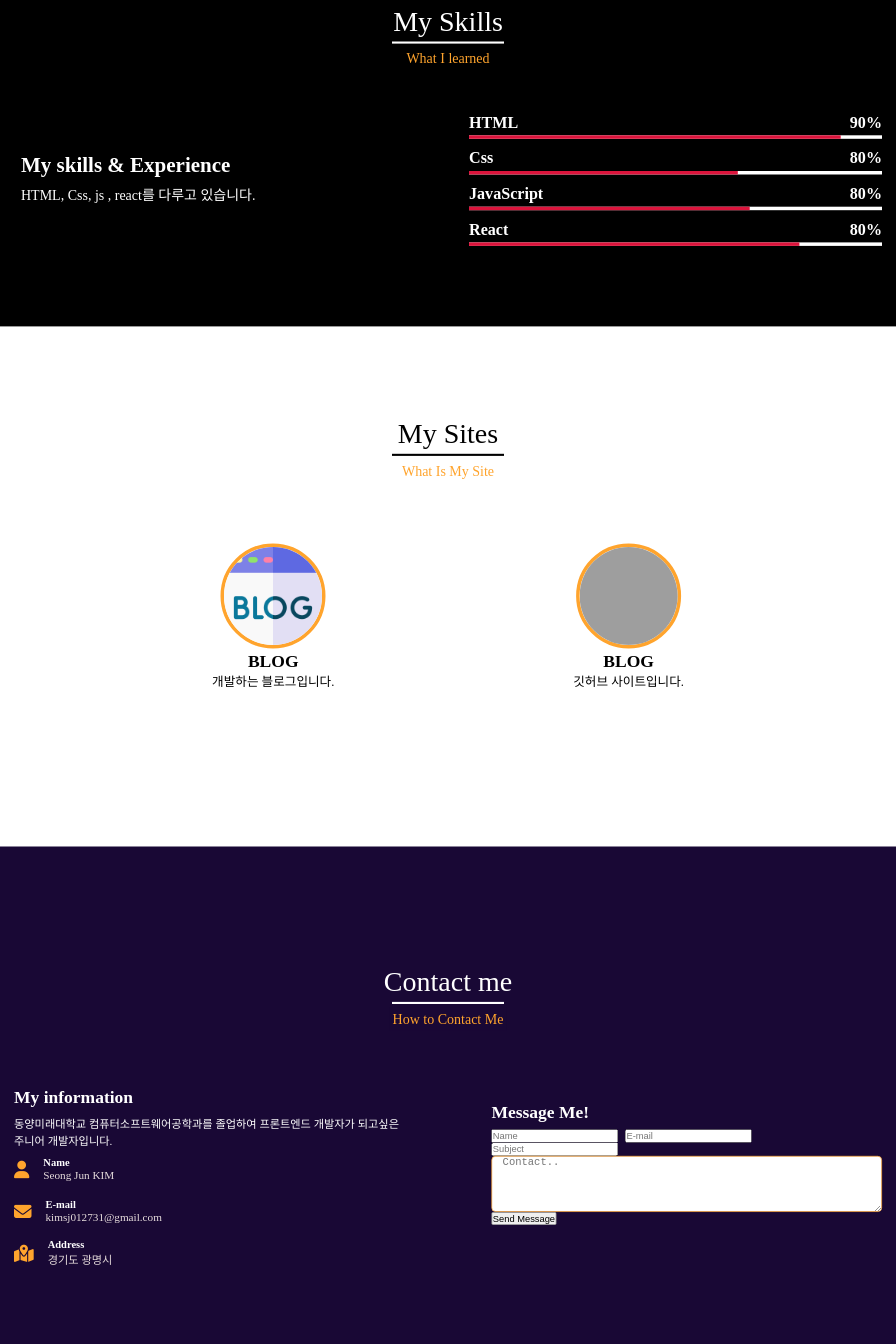
Repository: jun01270/jun
Page: index.html
These files come from the project's save history. The page is drawn as it stood at one moment and after the next save; the edit follows.
The browser window is 1280 px wide. The pictures show the part of the page from y = 1836 to 3756 px (the page is 3756 px tall), at 70% of full size.
Pictures or frames that could not be fetched are drawn as grey boxes. Some web libraries are served in a nearby version.

Above is the page before, as saved 2023-05-11 16:37:18.

### index.html
<!DOCTYPE html>
<html lang="en">
  <head>
    <meta charset="UTF-8" />
    <meta http-equiv="X-UA-Compatible" content="IE=edge" />
    <meta name="viewport" content="width=device-width, initial-scale=1.0" />
    <link rel="stylesheet" href="./css/style.css" />
    <link rel="stylesheet" href="./css/home.css" />
    <link rel="stylesheet" href="./css/about.css" />
    <link rel="stylesheet" href="./css/skills.css" />
    <link rel="stylesheet" href="./css/mysites.css" />
    <link rel="stylesheet" href="./css/contact.css" />

    <script
      src="https://kit.fontawesome.com/252eac6dbf.js"
      crossorigin="anonymous"
    ></script>
    <title>Jun's site</title>
  </head>
  <body>
    <nav class="navbar">
      <div class="max-width">
        <div class="logo">
          <a href="#home">Jun's <span>Site</span></a>
        </div>
        <ul class="menu-bar">
          <li><a href="#home" class="menu-btn" id="homeID">Home</a></li>
          <li><a href="#about" class="menu-btn" id="homeID">About</a></li>
          <li><a href="#skills" class="menu-btn">Skills</a></li>
          <li><a href="#my-sites" class="menu-btn">My Sties</a></li>
          <li><a href="#contact" class="menu-btn">Contact</a></li>
        </ul>
      </div>
    </nav>

    <!--home섹션-->
    <section class="home" id="home">
      <div class="max-width">
        <div class="home-section">
          <div class="text-1">Hello! My Name is</div>
          <div class="text-2">Seong Jun KIM</div>
          <div class="text-3">My skills <span class="typing1">HTML</span></div>
        </div>
      </div>
    </section>

    <!--about섹션-->
    <section class="about" id="about">
      <div class="max-width">
        <h2 class="title">About</h2>
        <div class="about-content">
          <div class="left-column"><img src="./img/profile.jpg" /></div>
          <div class="right-column">
            <div class="about-text">I'm Seong Jun KIM</div>
            <div class="about-skills">
              My skills <span class="typing2">HTML</span>
            </div>
            <p>
              안녕하세요 프론트엔드 개발자를 꿈꾸는 주니어 개발자 김성준입니다.
            </p>
          </div>
        </div>
      </div>
    </section>

    <!--skills섹션-->
    <section class="skills" id="skills">
      <div class="max-width">
        <h2 class="title">My Skills</h2>
        <div class="skills-content">
          <div class="left-column">
            <div class="skills-text">
              <div class="sub-title">My skills & Experience</div>
              <p>HTML, Css, js , react를 다루고 있습니다.</p>
            </div>
          </div>
          <div class="right-column">
            <div class="bars">
              <div class="bars-content">
                <span>HTML</span>
                <span>90%</span>
              </div>
              <div class="line html"></div>
            </div>
            <div class="bars">
              <div class="bars-content">
                <span>Css</span>
                <span>80%</span>
              </div>
              <div class="line css"></div>
            </div>
            <div class="bars">
              <div class="bars-content">
                <span>JavaScript</span>
                <span>80%</span>
              </div>
              <div class="line js"></div>
            </div>
            <div class="bars">
              <div class="bars-content">
                <span>React</span>
                <span>80%</span>
              </div>
              <div class="line react"></div>
            </div>
          </div>
        </div>
      </div>
    </section>

    <!--My sties섹션-->
    <section class="my-sites">
      <div class="max-width">
        <h2 class="title">My Sites</h2>
        <div class="my-sites-content">
          <div class="left-column">
            <a href="https://web-jun.tistory.com/" target="_blank">
              <div class="site">
                <div class="site-images">
                  <img src="/img/blog.jpg" alt="" />
                  <div class="site-text">BLOG</div>
                  <p>개발하는 블로그입니다.</p>
                </div>
              </div>
            </a>
          </div>
          <div class="right-column">
            <a href="https://github.com/jun01270" target="_blank">
              <div class="site">
                <div class="site-images">
                  <img src="/img/github.jpg" alt="" />
                  <div class="site-text">BLOG</div>
                  <p>깃허브 사이트입니다.</p>
                </div>
              </div>
            </a>
          </div>
        </div>
      </div>
    </section>

    <!--Contact 섹션-->
    <section class="contact">
      <div class="max-width">
        <h2 class="title">Contact me</h2>
        <div class="contact-content">
          <div class="left column">
            <div class="contact-text">My information</div>
            <p>
              동양미래대학교 컴퓨터소프트웨어공학과를 졸업하여 프론트엔드
              개발자가 되고싶은 주니어 개발자입니다.
            </p>
            <div class="icons-content">
              <i class="fas fa-user"></i>
              <div class="info">
                <div class="head">Name</div>
                <div class="tail">Seong Jun KIM</div>
              </div>
            </div>
            <div class="icons-content">
              <i class="fas fa-envelope"></i>
              <div class="info">
                <div class="head">E-mail</div>
                <div class="tail">kimsj012731@gmail.com</div>
              </div>
            </div>
            <div class="icons-content">
              <i class="fas fa-map-marked-alt"></i>
              <div class="info">
                <div class="head">Address</div>
                <div class="tail">경기도 광명시</div>
              </div>
            </div>
          </div>
          <div class="right column">
            <div class="contact-text">Message Me!</div>
            <form action="#">
              <div class="fields">
                <div class="fields name">
                  <input type="text" placeholder="Name" />
                </div>
                <div class="fields Email">
                  <input type="email" placeholder="E-mail" />
                </div>
              </div>
              <div class="fields subject">
                <input type="text" placeholder="Subject" />
              </div>
              <div class="fields contact-area">
                <textarea
                  cols="30"
                  rows="10"
                  placeholder="Contact.. "
                  required
                ></textarea>
              </div>
              <div class="button">
                <button type="submit">Send Message</button>
              </div>
            </form>
          </div>
        </div>
      </div>
    </section>

    <!--Footer섹션-->
    <footer></footer>

    <!--JS섹션-->
  </body>
</html>

### css/style.css
@import url("https://fonts.googleapis.com/css2?family=Lora&display=swap");

* {
  margin: 0;
  padding: 0;
  box-sizing: border-box;
  text-decoration: none;
}

.home .about .skills .my-sites .contact {
  padding-top: 86px;
}

html {
  scroll-behavior: smooth;
}

.max-width {
  max-width: 1300px;
  padding: 0 20px;
  margin: auto;
}

.section {
  padding: 100px 0;
}

/* .about, .skills, .my-sites, .contact, .footer{
    //폰트삽입
} */

.about .title,
.skills .title,
.my-sites .title,
.contact .title {
  position: relative;
  text-align: center;
  font-size: 40px;
  font-weight: 500;
  margin: 30px 0 100px 0;
  padding-bottom: 8px;
}

.about .title::before,
.skills .title::before,
.my-sites .title::before,
.contact .title::before {
  content: "";
  position: absolute;
  bottom: 0px;
  left: 50%;
  width: 160px;
  height: 3px;
  background-color: black;
  transform: translateX(-50%);
}

.title::after {
  content: "";
  position: absolute;
  bottom: -38px;
  left: 50%;
  font-size: 20px;
  color: rgb(255, 164, 45);
  padding: 5px;
  background-color: white;
  transform: translateX(-50%);
}

.about .about-content,
.skills .skills-content,
.my-sites .my-sites-content,
.contact .contact-content {
  display: flex;
  align-items: center;
  flex-wrap: wrap;
  justify-content: space-between;
}

.navbar {
  position: relative;
  width: 100%;
  padding: 20px 0;
  z-index: 999;
  transition: all 0.3s ease;
  background-color: burlywood;
}

.navbar .max-width {
  display: flex;
  align-items: center;
  justify-content: space-between;
}

.navbar .logo {
  font-size: 30px;
  font-weight: 600;
  margin-left: 20px;
  color: black;
}

.navbar .logo a {
  color: white;
  text-decoration: none;
}

.navbar .logo a span {
  color: orange;
  transition: all 0.3s ease;
}

.navbar .menu-bar li {
  list-style: none;
  margin: 5px 20px 0 0;
  display: inline-block;
}

.navbar .menu-bar li a {
  display: block;
  text-decoration: none;
  font-size: 20px;
  font-weight: 500;
  margin-left: 15px;
  transition: all 0.3s ease;
}

.menu-bar li:hover {
  background-color: orange;
  border-radius: 3px;
}

.navbar.sticky {
  padding: 20px 0;
  background-color: black;
}

.navbar.sticky .logo a span {
  color: white;
}

.navbar.sticky .menu-bar li a:hover {
  color: white;
}

.navbar .menu-btn {
  color: white;
  font-size: 25px;
  display: none;
  cursor: pointer;
}

@media screen and (max-width: 700px) {
  .navbar {
    flex-direction: column;
    align-items: flex-start;
    margin: 0;
  }

  .menu-bar {
    flex-direction: column;
    align-items: center;
    width: 100%;
  }

  .menu-bar li {
    width: 100%;
    text-align: center;
  }
}

### css/home.css
.home {
  display: flex;
  height: 100vh;
  min-height: 500px;
  color: white;
  background: url("../img/back.jpg") no-repeat center;
  background-size: cover;
}

.home .max-width {
  margin: auto 0 auto 40px;
}

.home .home-section .text1 {
  font-size: 30px;
}

.home .home-section .text2 {
  font-size: 75px;
  font-weight: 600;
}

.home .home-section .text-3 {
  font-size: 40px;
}

.home .home-section .text-3 span {
  color: orange;
  font-weight: 500;
}

### css/about.css
.about {
  padding: 100px 0;
  transition: all 0.3s ease;
}

.about .title::after {
  content: "Who I am";
  background-color: white;
}

.about .about-content {
  margin-bottom: 100px;
}

.about .about-content .left-column {
  width: 45%;
}

.about .about-content .left-column img {
  height: 400px;
  width: 400px;
  object-fit: cover;
  border-radius: 6px;
}

.about .about-content .right-column {
  width: 55%;
  margin-bottom: 50px;
}

.about .about-content .right-column .about-text,
.about .about-content .right-column .about-skills {
  font-size: 30px;
  font-weight: 600;
  margin-bottom: 10px;
}

.about .about-content .right-column .about-skills span {
  color: orange;
}

.about .about-content .right-column P {
  text-align: justify;
  font-size: 20px;
}

### css/skills.css
.skills {
  padding: 100px 0;
  transition: all 0.3s ease;
}

.skills .title {
  padding-top: 30px;
}

.skills .title::before {
  background-color: white;
}

.skills .title::after {
  content: "What I learned";
  background-color: black;
}

.skills {
  color: white;
  background-color: black;
  padding-bottom: 100px;
}

.skills .sub-title {
  font-size: 30px;
  font-weight: 600;
  padding-bottom: 10px;
}

.skills .skills-content .left-column,
.skills .skills-content .right-column {
  width: calc(50% - 30px);
}

.skills .skills-content .left-column .skills-text {
  font-size: 23px;
  font-weight: 300;
  margin: 0 0 20px 10px;
  text-align: justify;
}

.skills .skills-content .left-column p {
  font-size: 20px;
}

.skills .skills-content .right-column .bars {
  margin-bottom: 15px;
}

.skills .skills-content .right-column .bars-content {
  display: flex;
  margin-bottom: 5px;
  align-items: center;
  justify-content: space-between;
}

.skills .skills-content span {
  font-size: 23px;
  font-weight: 600;
}

.skills .skills-content .right-column .line {
  height: 5px;
  background-color: white;
  width: 100%;
  position: relative;
}

.skills .skills-content .right-column .line::before {
  content: "";
  position: absolute;
  height: 100%;
  left: 0;
  top: 0;
  background-color: crimson;
}

.skills .skills-content .right-column .html::before {
  width: 90%;
}

.skills .skills-content .right-column .css::before {
  width: 65%;
}

.skills .skills-content .right-column .js::before {
  width: 68%;
}

.skills .skills-content .right-column .react::before {
  width: 80%;
}

### css/mysites.css
.my-sites {
  padding: 100px 0;
  transition: all 0.3s ease;
}

.my-sites .title::after {
  content: "What Is My Site ";
}

.my-sites .my-sites-content {
  margin-bottom: 100px;
}

.my-sites .my-sites-content .left-column {
  margin-left: 20%;
}

.my-sites .my-sites-content .right-column {
  margin-right: 20%;
}

.my-sites .my-sites-content a {
  display: flex;
  text-align: center;
  color: black;
}

.my-sites .my-sites-content a,
.my-sites .my-sites-content a:visited,
.my-sites .my-sites-content a:active,
.my-sites .my-sites-content a:hover {
  text-decoration: none;
}

.my-sites .my-sites-content .site {
  background-color: white;
  border-radius: 6px;
  padding: 25px 35px;
  transition: all 0.3s ease;
}

.my-sites .my-sites-content .site img {
  height: 150px;
  width: 150px;
  object-fit: cover;
  border-radius: 50%;
  border: 5px solid rgb(255, 164, 45);
  transition: all 0.3 ease;
}

.my-sites .my-sites-content .site-text {
  font-size: 25px;
  font-weight: 600;
}

.my-sites .my-sites-content p {
  font-size: 18px;
  text-align: justify;
}

.my-sites .my-sites-content .site:hover {
  background-color: rgb(25, 8, 53);
  color: white;
  transform: scale(1.05);
}

.my-sites .my-sites-content .site:hover img {
  border-color: white;
}

### css/contact.css
.contact {
  color: white;
  background-color: rgb(25, 8, 53);
  padding-bottom: 50px;
  padding: 100px 0;
  transition: all 0.3s ease;
}

.contact .title {
  padding-top: 40px;
  margin-bottom: 120px;
  color: white;
}

.contact .title::before {
  background-color: white;
}

.contact .title::after {
  content: "How to Contact Me";
  background-color: rgb(25, 8, 53);
}

.contact .contact-content .column {
  width: 45%;
}

.contact .contact-content .contact-text {
  font-size: 25px;
  font-weight: 600;
  padding-bottom: 10px;
}

.contact .contact p {
  font-size: 15px;
  text-align: justify;
}

.contact .contact-content .left .icons {
  margin: 15px 0;
}

.contact .contact-content .icons-content {
  display: flex;
  align-items: center;
  height: 60px;
}

.contact .contact-content .icons-content i {
  margin-right: 20px;
  font-size: 25px;
  color: rgb(255, 164, 45);
}

.contact .contact-content .icons-content .info .head {
  font-weight: 600;
  font-size: 15px;
}

.contact .contact-content .icons-content .info .tail {
  color: rgb(230, 220, 220);
}

.contact .contact-content .fields {
  display: flex;
}

.contact .contact-content .field,
.contact .contact-content .fields .field {
  height: 40px;
  width: 100%;
  margin-bottom: 15px;
}

.contact .contact-content .right {
  margin-bottom: 50px;
}

.contact .contact-content .right .contact-area {
  height: 80px;
  width: 100%;
}

.contact .right form .name {
  margin-right: 10px;
}

.contact .right form .email {
  margin-left: 10px;
}

.contact .right form .field input,
.contact .right form .contact-area textarea {
  height: 100%;
  width: 100%;
  border: 1px solid rgb(255, 164, 45);
  border-radius: 6px;
  outline: none;
  padding: 0 15px;
  font-size: 15px;
}

After the next save:
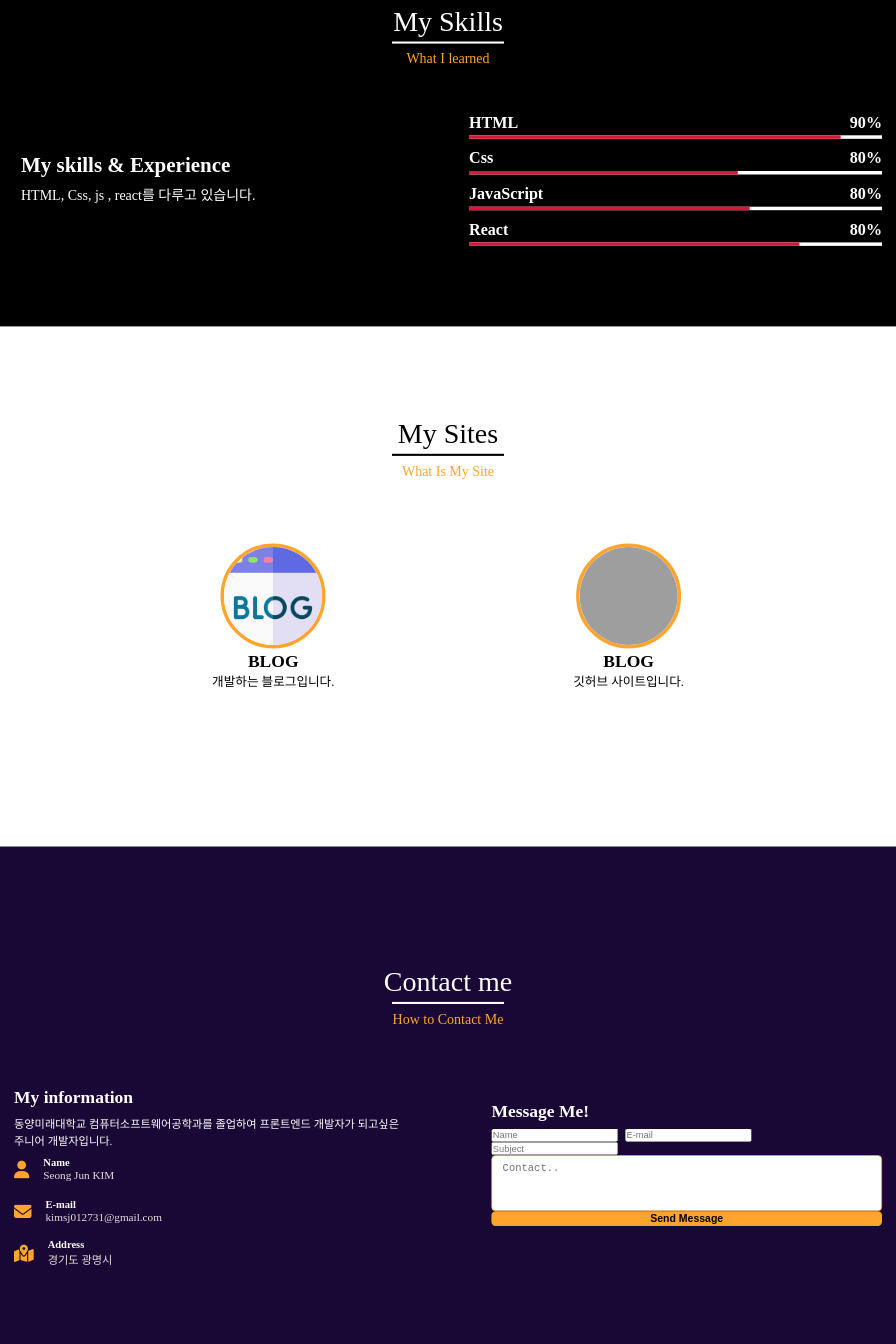
Saved 2 min 53 s later.
--- a/css/contact.css
+++ b/css/contact.css
@@ -99,3 +99,24 @@
   padding: 0 15px;
   font-size: 15px;
 }
+
+.contact .right form .contact-area textarea {
+  padding-top: 10px;
+  resize: none;
+}
+
+.contact .right form .button button {
+  width: 100%;
+  height: 100%;
+  border: 2px solid rgb(255, 164, 45);
+  background-color: rgb(255, 164, 45);
+  border-radius: 6px;
+  font-size: 15px;
+  font-weight: 600;
+  transition: all 0.3s ease;
+}
+
+.contact .right form .button button:hover {
+  color: rgb(255, 164, 45);
+  background: none;
+}
